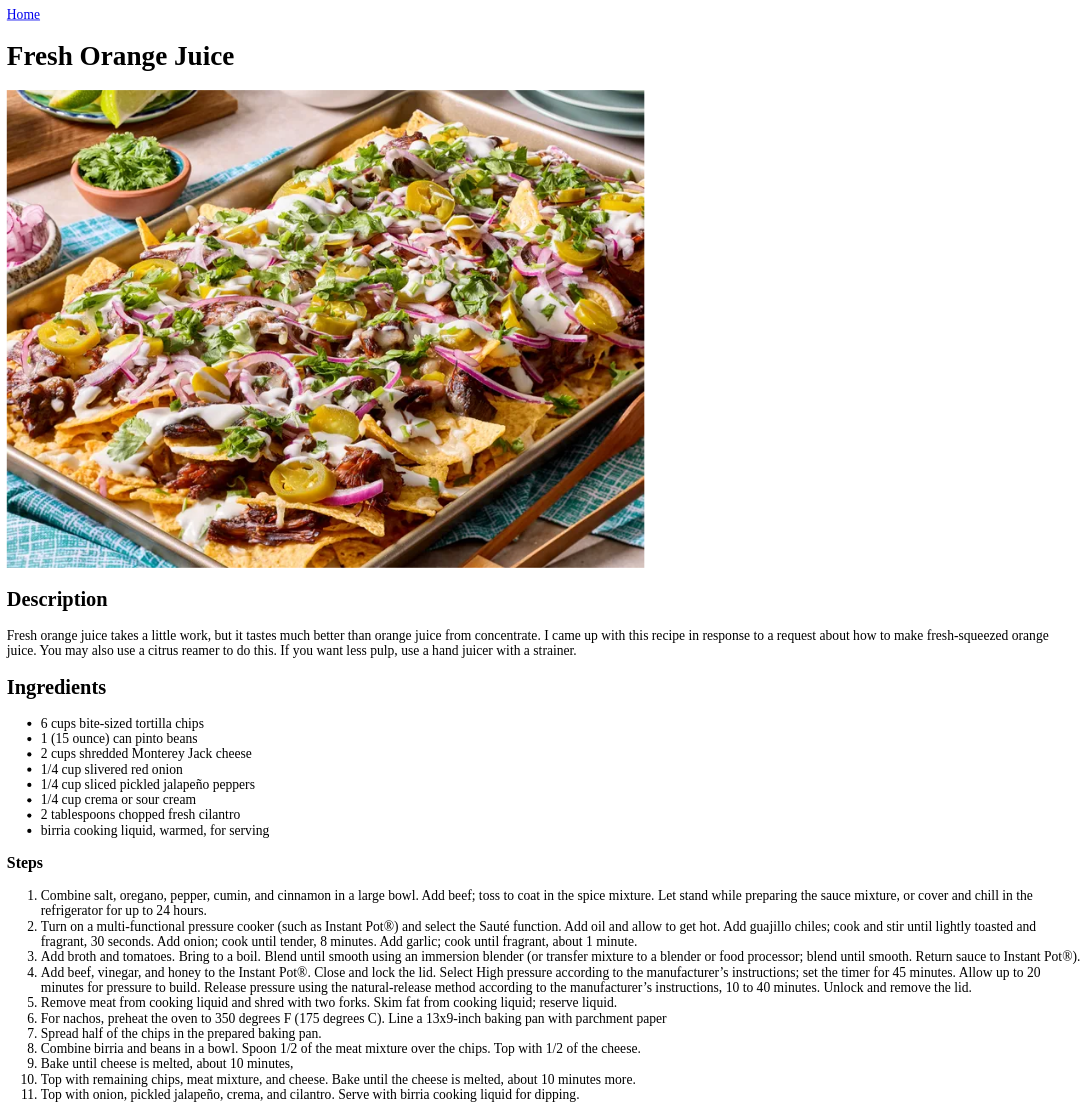
Repository: itsDevAK/odin-recipes
Page: recipes/orange-juice.html
The author's editor kept a copy of each file at every save. The page is drawn from the files as they stood at one save, then again after the next save.
The browser window is 1280 px wide. The pictures show the whole page, at 85% of full size.

Above is the page before, as saved 2026-09-17 13:14:53.

### recipes/orange-juice.html
<!DOCTYPE html>
<html lang="en">
<head>
    <meta charset="UTF-8">
    <meta name="viewport" content="width=device-width, initial-scale=1.0">
    <title>Beef Birria Nachos</title>
</head>
<body>
    <a href="../index.html">Home</a>
    <h1>Fresh Orange Juice</h1>
    <img src="../images/nachos.webp" alt="">
    <h2>Description</h2>
    <p>Fresh orange juice takes a little work, but it tastes much better than orange juice from concentrate. I came up with this recipe in response to a request about how to make fresh-squeezed orange juice. You may also use a citrus reamer to do this. If you want less pulp, use a hand juicer with a strainer.</p>
    <h2>Ingredients</h2>
    <ul>
        <li>6 cups bite-sized tortilla chips</li>
        <li>1 (15 ounce) can pinto beans</li>
        <li>2 cups shredded Monterey Jack cheese</li>
        <li>1/4 cup slivered red onion</li>
        <li>1/4 cup sliced pickled jalapeño peppers</li>
        <li>1/4 cup crema or sour cream</li>
        <li>2 tablespoons chopped fresh cilantro</li>
        <li>birria cooking liquid, warmed, for serving</li>
    </ul>
    <h3>Steps</h3>
    <ol>
        <li>Combine salt, oregano, pepper, cumin, and cinnamon in a large bowl. Add beef; toss to coat in the spice mixture. Let stand while preparing the sauce mixture, or cover and chill in the refrigerator for up to 24 hours.</li>
        <li>Turn on a multi-functional pressure cooker (such as Instant Pot®) and select the Sauté function. Add oil and allow to get hot. Add guajillo chiles; cook and stir until lightly toasted and fragrant, 30 seconds. Add onion; cook until tender, 8 minutes. Add garlic; cook until fragrant, about 1 minute.</li>
        <li>Add broth and tomatoes. Bring to a boil. Blend until smooth using an immersion blender (or transfer mixture to a blender or food processor; blend until smooth. Return sauce to Instant Pot®). </li>
        <li>Add beef, vinegar, and honey to the Instant Pot®. Close and lock the lid. Select High pressure according to the manufacturer’s instructions; set the timer for 45 minutes. Allow up to 20 minutes for pressure to build. Release pressure using the natural-release method according to the manufacturer’s instructions, 10 to 40 minutes. Unlock and remove the lid.</li>
        <li>Remove meat from cooking liquid and shred with two forks. Skim fat from cooking liquid; reserve liquid.</li>
        <li>For nachos, preheat the oven to 350 degrees F (175 degrees C). Line a 13x9-inch baking pan with parchment paper</li>
        <li>Spread half of the chips in the prepared baking pan.</li>
        <li>Combine birria and beans in a bowl. Spoon 1/2 of the meat mixture over the chips. Top with 1/2 of the cheese. </li>
        <li>Bake until cheese is melted, about 10 minutes,</li>
        <li>Top with remaining chips, meat mixture, and cheese. Bake until the cheese is melted, about 10 minutes more.</li>
        <li>Top with onion, pickled jalapeño, crema, and cilantro. Serve with birria cooking liquid for dipping.</li>
    </ol>
</body>
</html>

After the next save:
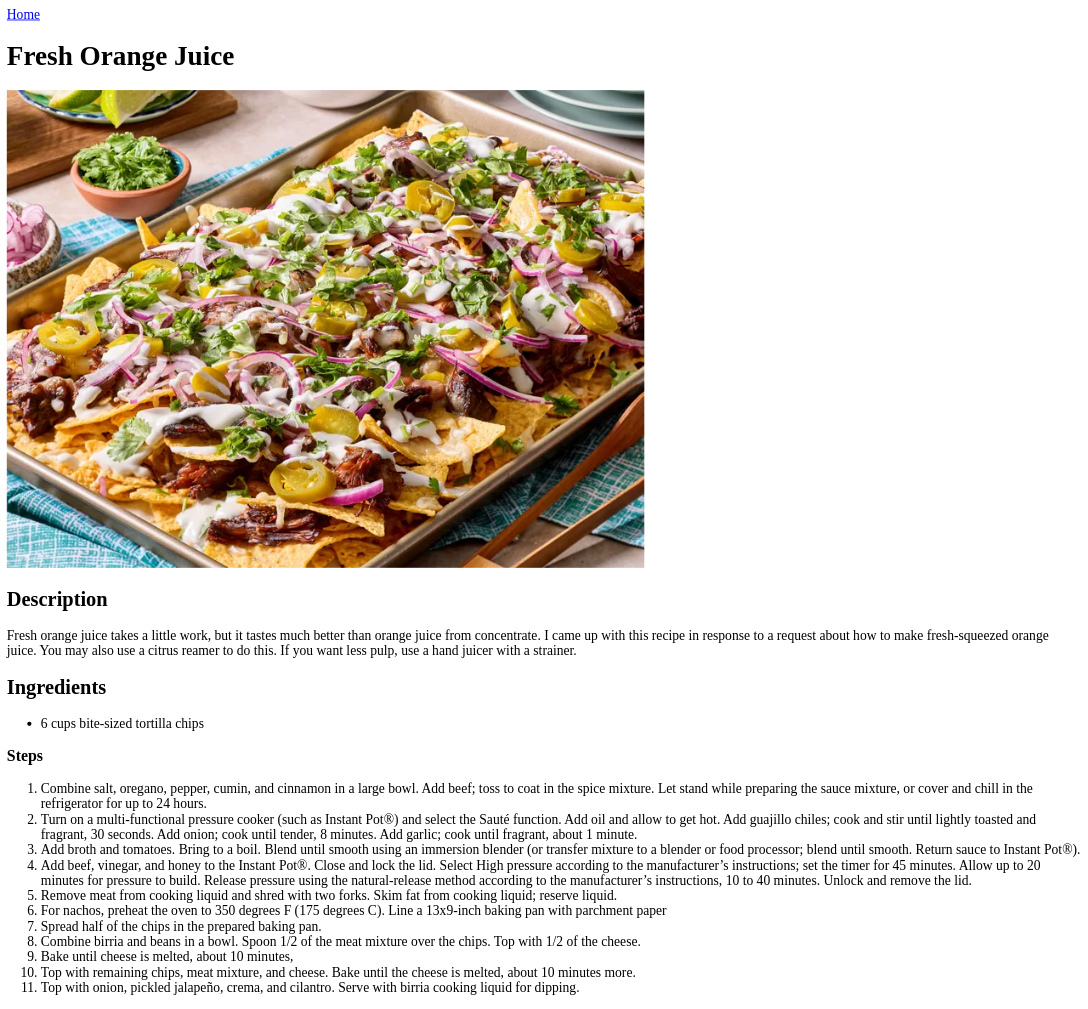
Saved 9 s later.
--- a/recipes/orange-juice.html
+++ b/recipes/orange-juice.html
@@ -14,13 +14,6 @@
     <h2>Ingredients</h2>
     <ul>
         <li>6 cups bite-sized tortilla chips</li>
-        <li>1 (15 ounce) can pinto beans</li>
-        <li>2 cups shredded Monterey Jack cheese</li>
-        <li>1/4 cup slivered red onion</li>
-        <li>1/4 cup sliced pickled jalapeño peppers</li>
-        <li>1/4 cup crema or sour cream</li>
-        <li>2 tablespoons chopped fresh cilantro</li>
-        <li>birria cooking liquid, warmed, for serving</li>
     </ul>
     <h3>Steps</h3>
     <ol>
